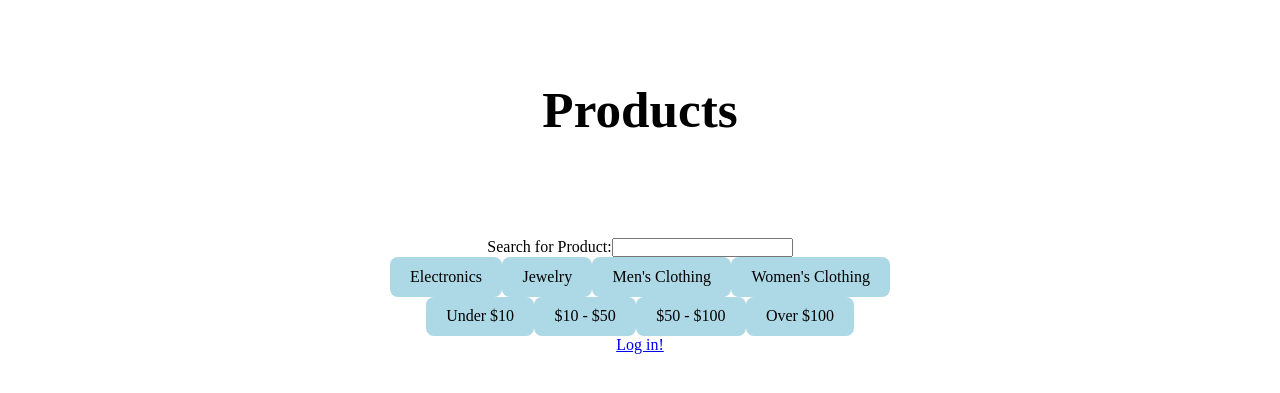
Repository: Andres513/CapStone
Page: /
An editor plug-in stored every save of this project. The page is shown before and after the next save, followed by the edit.
The browser window is 1280 px wide. The pictures show the whole page.
The page's requests for data from a server got no answer. The project was rebuilt for these pictures with package versions that can differ from the ones it lists, and the page was loaded fresh each time. No one was signed in, and anything a server would have sent is missing. Also part of the build but not shown: vite.config.js, src/components/Login.jsx, src/components/SingleProduct.jsx.

Above is the page before, as saved 2024-04-03 14:32:56.

### src/App.jsx
import { useState } from 'react'
import FetchProducts from './components/FetchProducts'
import './App.css'
import { Routes, Route } from 'react-router-dom'
import Login from './components/Login'
import SingleProduct from './components/SingleProduct'

function App() {
const [ token, setToken ] = useState(null)
const [ email, setEmail ] = useState('')
const [ password, setPassword ] = useState('')


const handleSetState=(newToken)=>{
    setToken(newToken)
}
  return (
    <>
    <Routes>
      <Route path="/login" element={<Login token={token} setToken={handleSetState} email={email} setEmail={setEmail} password={password} setPassword={setPassword}/>}/>
      <Route path="/" element={<FetchProducts token={token}/>}/>
      <Route path="/products/:id" element={<SingleProduct token={token}/>}/>
    </Routes>
    </>
  )
}

export default App

### src/index.css

* {
  margin: 0;
  padding: 0;
  box-sizing: border-box;
}
h1 {
  font-size: 3.2em;
  line-height: 1.1;
  padding-top: 50px;
  padding-bottom: 100px;
}
img {
  width: 250px;
  height: 400px;
}
.single-product > img {
  height: 60%;
  width: 60%;
  padding-top: 50px;
  padding-bottom: 50px;
}
.items-container {
  display: grid;
  grid-template-columns: repeat(auto-fill, minmax(200px, 1fr));
  grid-gap: 100px;
  padding-top: 50px;
}
button {
  border-radius: 8px;
  border: 1px solid transparent;
  padding: 0.6em 1.2em;
  font-size: 1em;
  font-weight: 500;
  font-family: inherit;
  background-color: lightblue;
  cursor: pointer;
  transition: border-color 0.25s;
}

### src/components/FetchProducts.jsx
import { useEffect, useState } from "react"
import { Link, useAsyncError } from "react-router-dom"
import Login from "./Login"
import Filter from "./Filter"

export default function FetchProducts({token}){
    const [ error, setError ] = useState(null)
    const [ products, setProducts ] = useState([])
    const [ category, setCategory ] = useState('')
    const [ price, setPrice ] = useState('')
    const [ searched, setSearched ] = useState('')
    const [ filters, setFilters ] = useState({})

    useEffect(()=>{
        async function fetchProducts(){
        try {
            const response = await fetch('https://fakestoreapi.com/products')
            const result = await response.json()
            setProducts(result)
            setCategory(result.category)
            setPrice(result.price)

            } catch(error) {
                setError(error.message)
            }
        }
        fetchProducts()
    },[])


    const searchedProduct = products.filter((product) => {
         return product.title.toLowerCase().includes(searched.toLowerCase());
     });


return (
        <>
        <h1>Products</h1>
            <label className="search-bar">Search for Product:
                <input type="text" value={searched} onChange={(e) => setSearched(e.target.value)}/>
            </label><br/>
            <Filter products={products} category={category} price={price}/>
        <Link to="/login" element={<Login />}>Log in!</Link>
        <div className="items-container">
    {searchedProduct.map((product) => (
                <div key={product.id} className="item">
                    <h3>{product.title}</h3>
                    <img src={product.image} alt={product.title} /><br/>
                    <Link to={`/products/${product.id}`}>View Details</Link>
                </div>

            ))}
            </div>
        </>
    )
}

### src/components/Filter.jsx

export default function Filter({ products, price, category }) {
    const categories = ['Electronics', 'Jewelry', 'Men\'s Clothing', 'Women\'s Clothing'];
    const priceRanges = ['Under $10', '$10 - $50', '$50 - $100', 'Over $100'];

    return (
        <div>
            <div>
                {categories.map((category, index) => (
                    <button key={index} onClick={() => applyCategoryFilter(category)} className="dot">{category}</button>
                ))}
            </div>
            <div>
                {priceRanges.map((priceRange, index) => (
                    <button key={index} onClick={() => applyPriceFilter(priceRange)} className="dot">{priceRange}</button>
                ))}
            </div>
        </div>
    );
}

Loaded but not shown: index.html (common file); src/main.jsx (common file); src/App.css (common file)

After the next save:
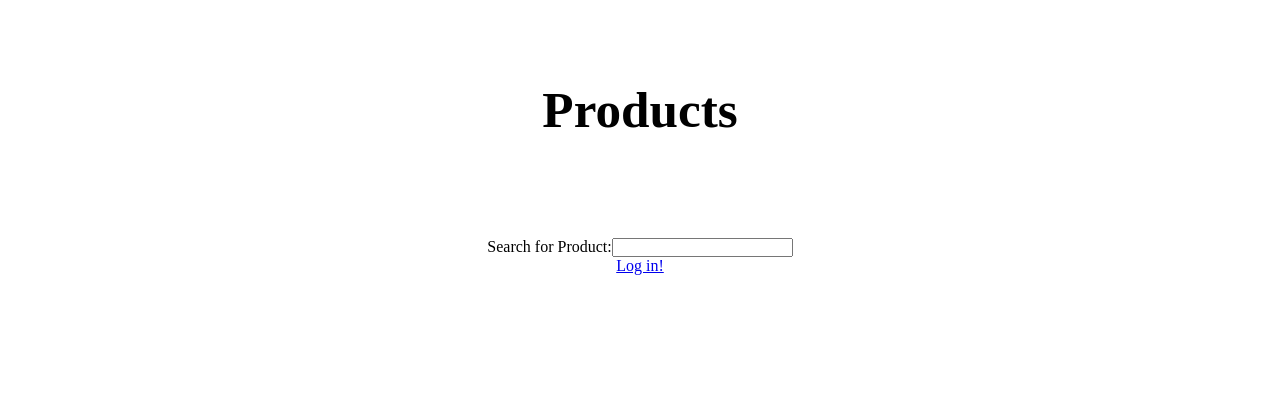
Saved 46 s later.
--- a/src/components/Filter.jsx
+++ b/src/components/Filter.jsx
@@ -1,20 +1,9 @@
 
 export default function Filter({ products, price, category }) {
-    const categories = ['Electronics', 'Jewelry', 'Men\'s Clothing', 'Women\'s Clothing'];
-    const priceRanges = ['Under $10', '$10 - $50', '$50 - $100', 'Over $100'];
 
     return (
         <div>
-            <div>
-                {categories.map((category, index) => (
-                    <button key={index} onClick={() => applyCategoryFilter(category)} className="dot">{category}</button>
-                ))}
-            </div>
-            <div>
-                {priceRanges.map((priceRange, index) => (
-                    <button key={index} onClick={() => applyPriceFilter(priceRange)} className="dot">{priceRange}</button>
-                ))}
-            </div>
+            {"Products:", products}
         </div>
     );
 }
